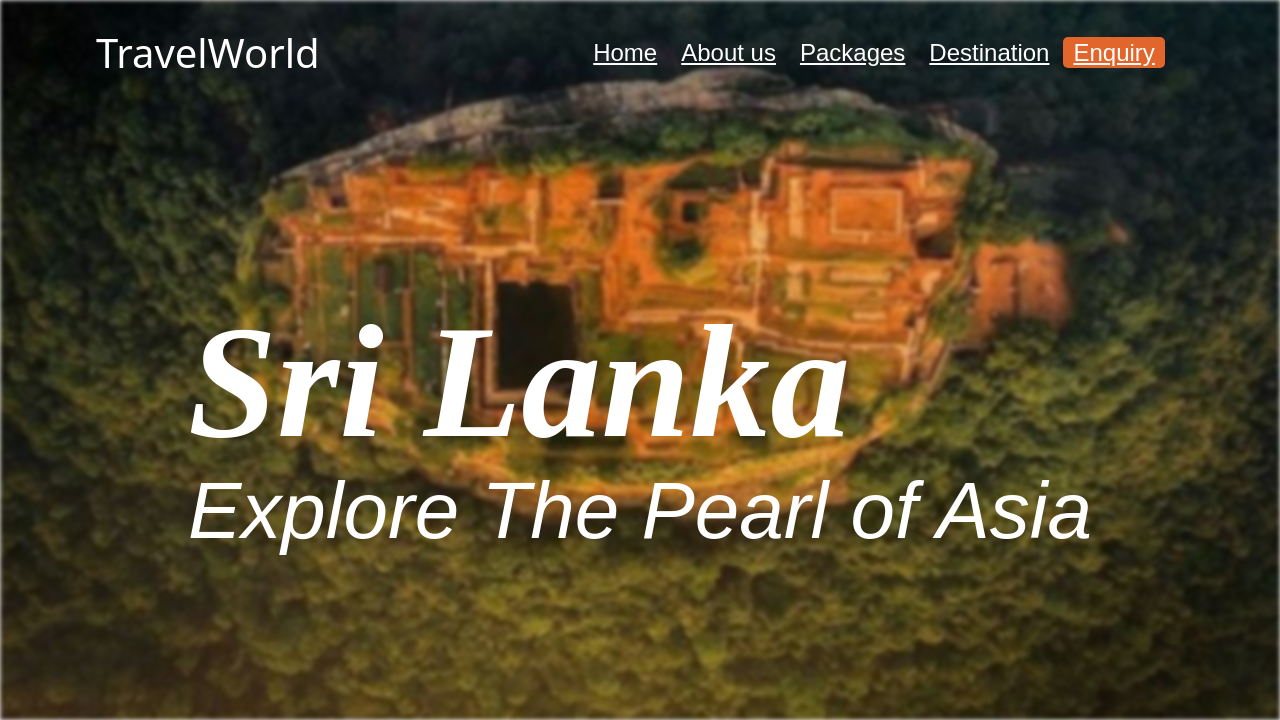
Repository: Haakim19/TavelWorld
Page: HTML/Home.html
These files come from the project's save history. The page is drawn as it stood at one moment and after the next save; the edit follows.
The browser window is 1280 px wide. The pictures show the whole page.
Some web fonts or font styles are not loaded; a fallback is used.

Above is the page before, as saved 2024-11-02 11:01:39.

After the next save:
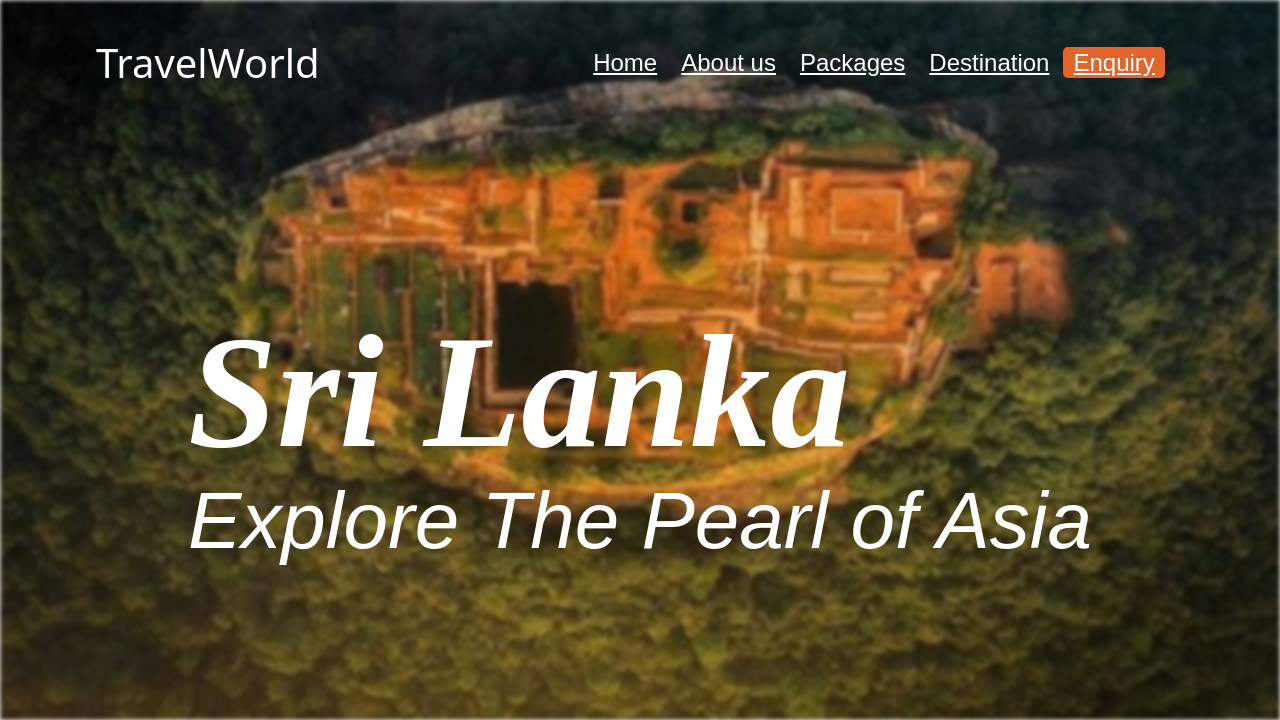
Saved 2 min 20 s later.
--- a/CSS/Navbar.css
+++ b/CSS/Navbar.css
@@ -24,7 +24,7 @@ nav{
     align-items: center;
     justify-content: space-between;
     z-index: 1000;
-    padding-top: 20px;
+    padding-top: 30px;
 }
 .logo{
     margin-left: 5vh;
